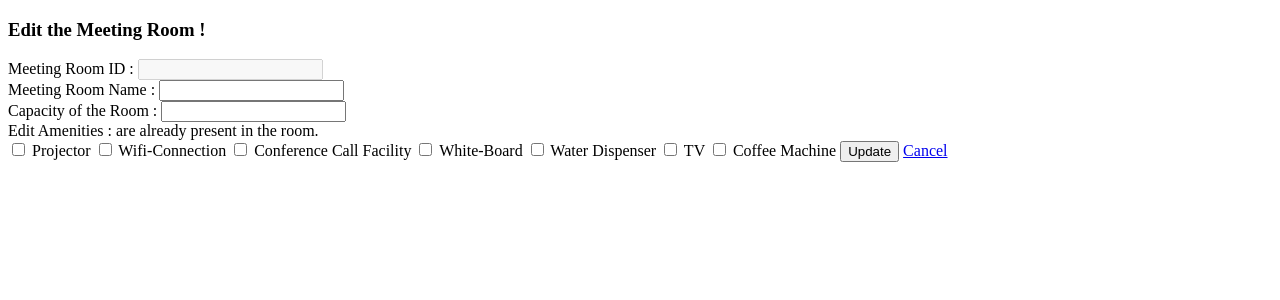
Repository: pavleen14/techyons-code-fury
Page: http://localhost/meetingroommanagement/editRoom.jsp
These files come from the project's save history. The page is drawn as it stood at one moment and after the next save; the edit follows.
The browser window is 1280 px wide. The pictures show the whole page.
The page is served by Tomcat 9.

Above is the page before, as saved 2021-09-25 10:34:00.

After the next save:
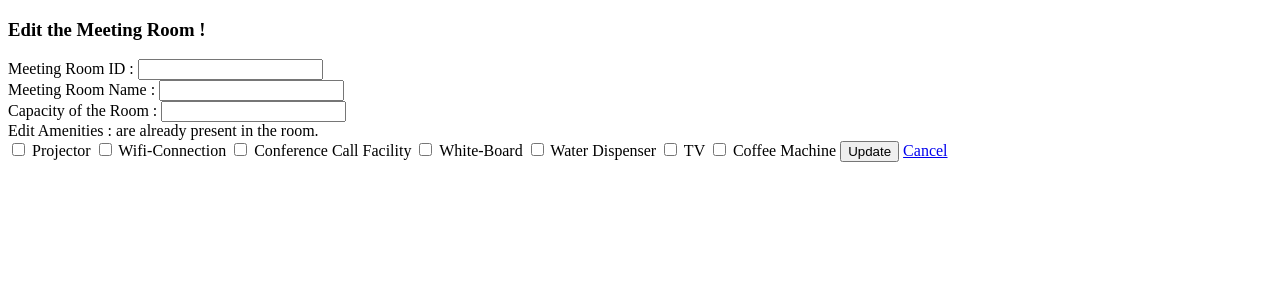
Saved 66 s later.
--- a/application/meetingroommanagement/src/main/webapp/editRoom.jsp
+++ b/application/meetingroommanagement/src/main/webapp/editRoom.jsp
@@ -14,7 +14,7 @@
 <h3>Edit the Meeting Room !</h3>
 <form action="meetingroom" method="POST">
    Meeting Room ID :
-   <input type="text" name="mid" value="${room.meetingRoomId}" disabled><br>
+   <input type="text" name="mid" value="${room.meetingRoomId}" editable="false"><br>
    Meeting Room Name :
    <input type="text" name="mname" value="${room.meetingRoomName}"><br>
    Capacity of the Room :
